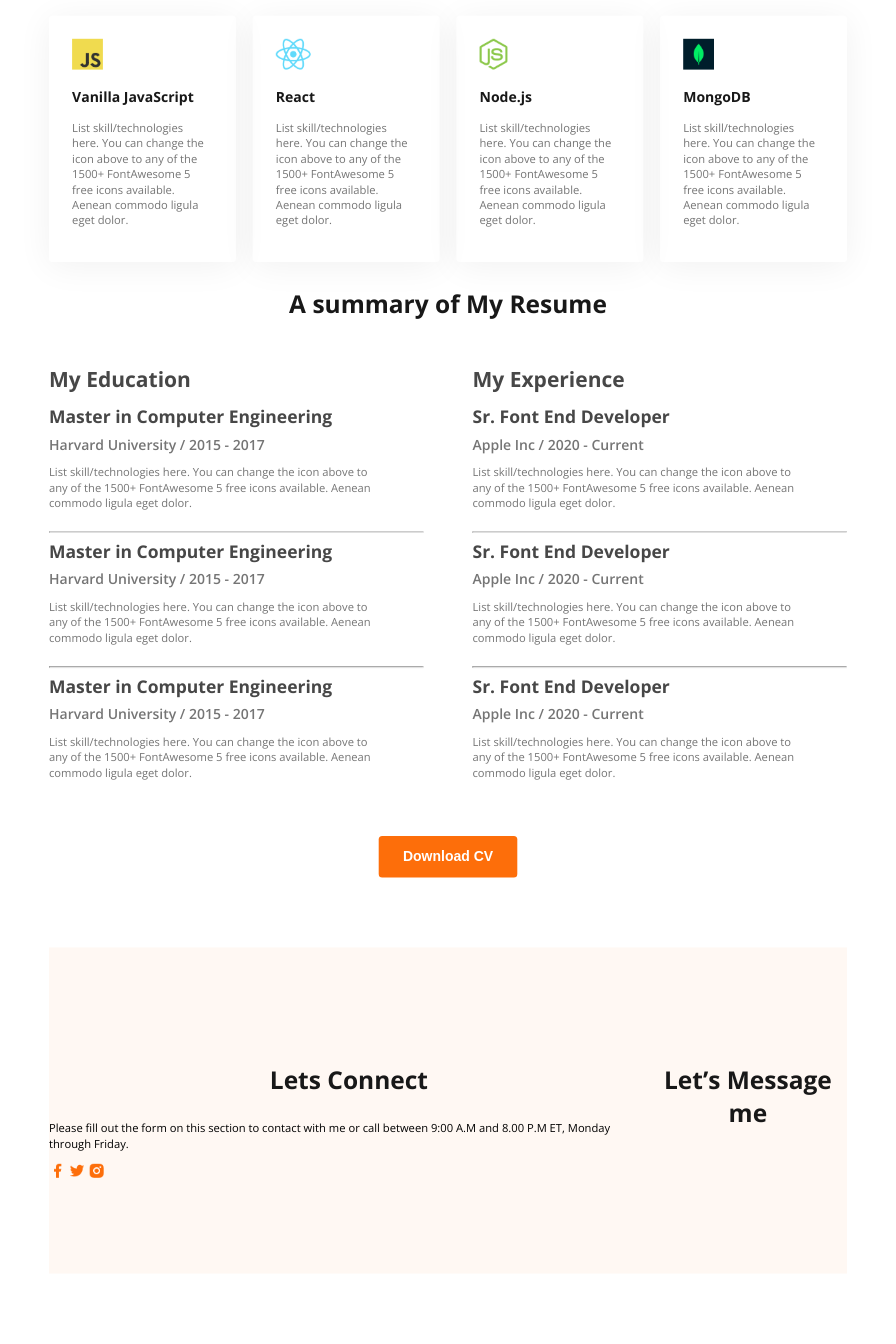
Repository: ShouravAhammed/Simple-Portfolio-Webpage
Page: index.html
An editor plug-in stored every save of this project. The page is shown before and after the next save, followed by the edit.
The browser window is 1280 px wide. The pictures show the part of the page from y = 1838 to 3758 px (the page is 3758 px tall before and 3571 px after), at 70% of full size.

Above is the page before, as saved 2024-01-06 03:47:16.

After the next save:
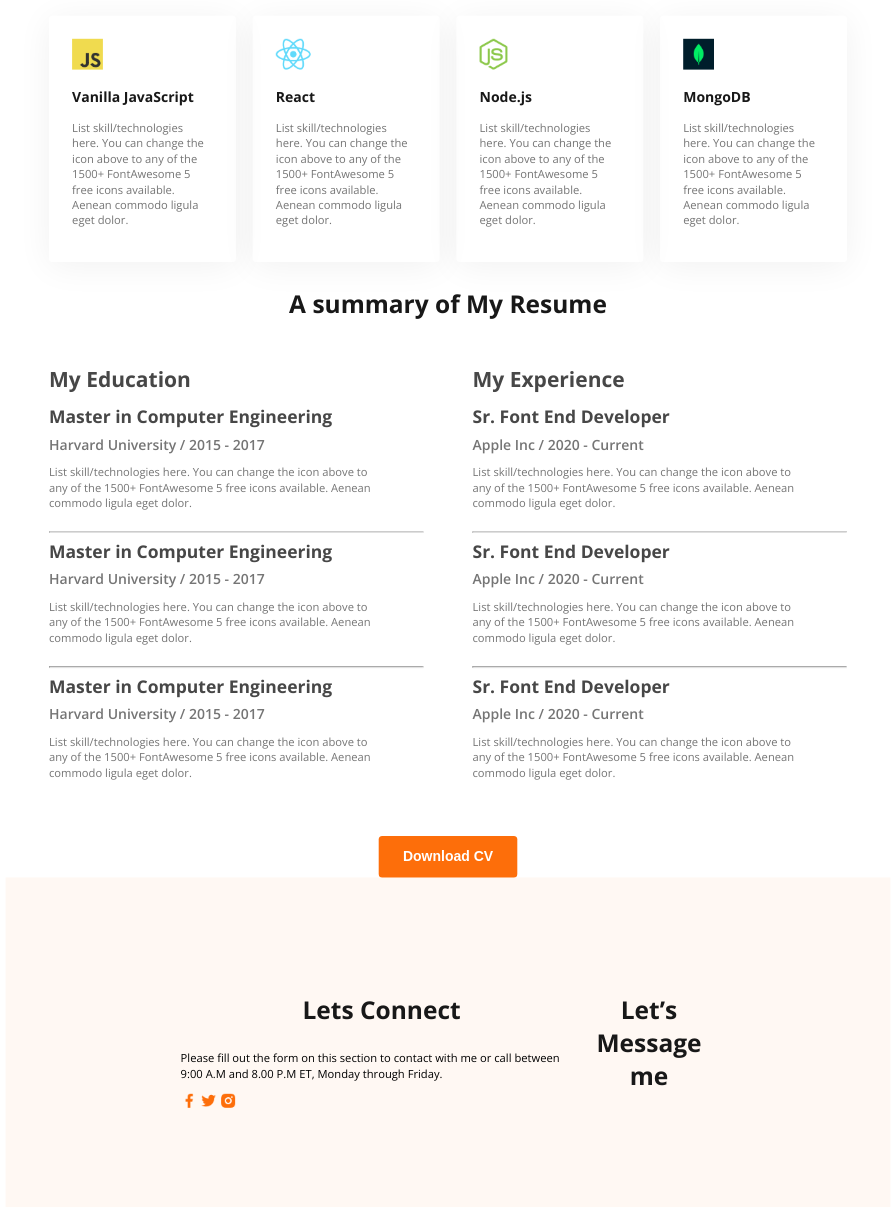
Saved 33 s later.
--- a/index.css
+++ b/index.css
@@ -197,7 +197,5 @@ main{
 footer{
     display: flex;
     background: #fff8f3;
-    padding: 130px 0;
-    max-width: 1140px;
-    margin: 100px auto;
-}
+    padding: 130px 250px;
+}
